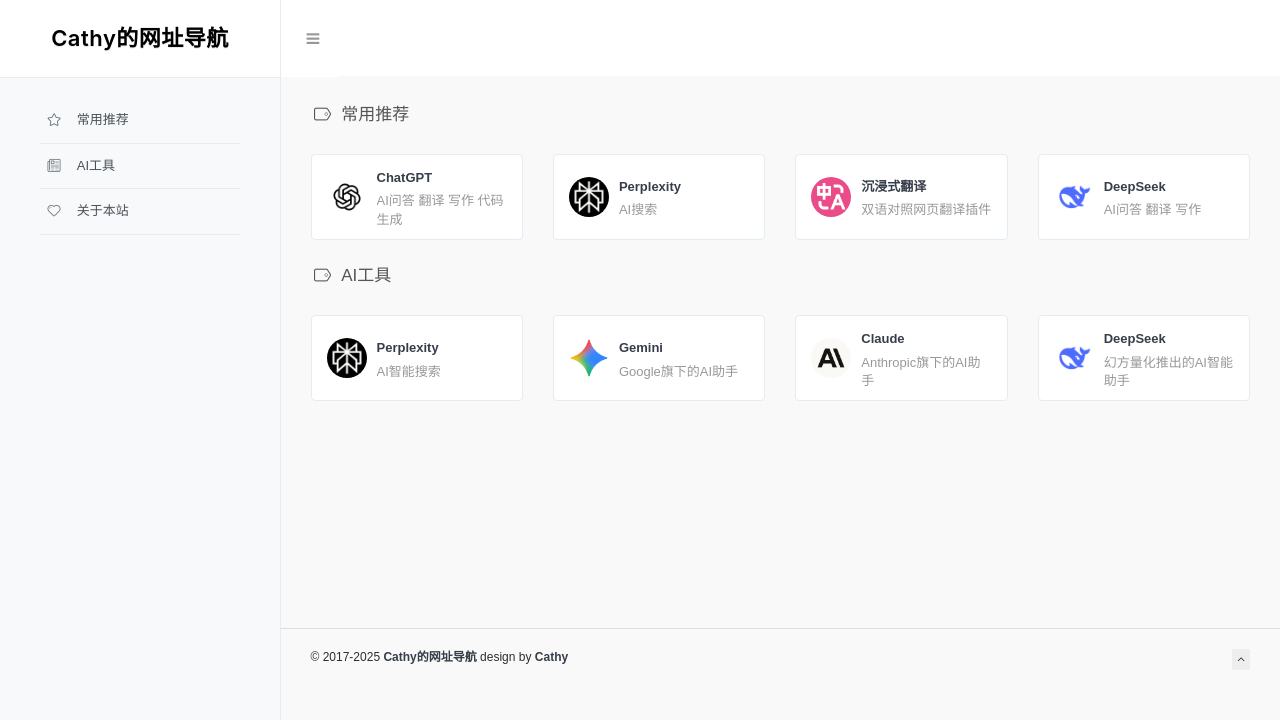
Repository: SweetPomelo0/AINav
Page: cn/index.html
The author's editor kept a copy of each file at every save. The page is drawn from the files as they stood at one save, then again after the next save.
The browser window is 1280 px wide. The pictures show the whole page.

Above is the page before, as saved 2025-07-24 23:38:10.

After the next save:
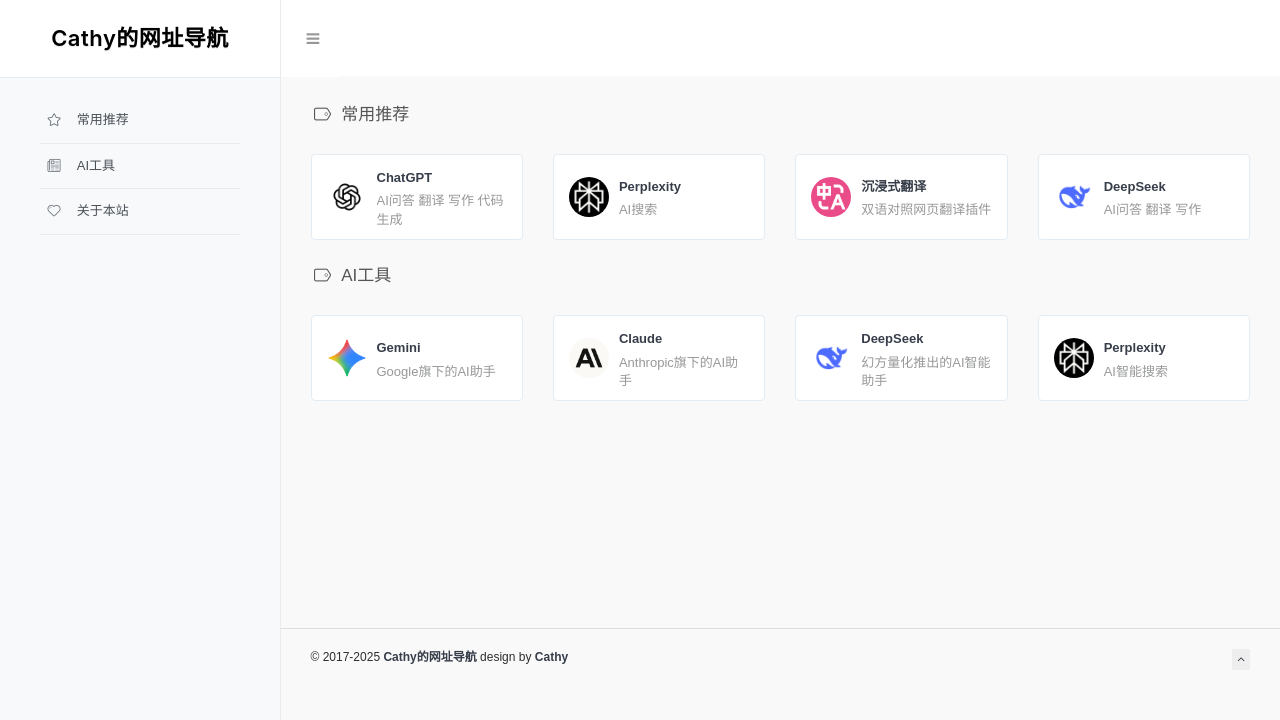
Saved 36 s later.
--- a/cn/index.html
+++ b/cn/index.html
@@ -335,6 +335,59 @@
         </h4>
         <div class="row">
 
+
+          <!-- Gemini -->
+          <div class="col-sm-3">
+                    <div class="xe-widget xe-conversations box2 label-info" onclick="window.open('https://gemini.google.com/app', '_blank')" data-toggle="tooltip" data-placement="bottom" title="" data-original-title="https://gemini.google.com/app">
+                        <div class="xe-comment-entry">
+                            <a class="xe-user-img">
+                                <img data-src="../assets/images/logos/gemini.png" class="lozad img-circle" width="40">
+                            </a>
+                            <div class="xe-comment">
+                                <a href="#" class="xe-user-name overflowClip_1">
+                                    <strong> Gemini</strong>
+                                </a>
+                                <p class="overflowClip_2">Google旗下的AI助手</p>
+                            </div>
+                        </div>
+                    </div>
+                </div>
+
+
+          <!-- Claude -->
+          <div class="col-sm-3">
+                    <div class="xe-widget xe-conversations box2 label-info" onclick="window.open('https://claude.ai/', '_blank')" data-toggle="tooltip" data-placement="bottom" title="" data-original-title="https://claude.ai/">
+                        <div class="xe-comment-entry">
+                            <a class="xe-user-img">
+                                <img data-src="../assets/images/logos/claude.png" class="lozad img-circle" width="40">
+                            </a>
+                            <div class="xe-comment">
+                                <a href="#" class="xe-user-name overflowClip_1">
+                                    <strong> Claude</strong>
+                                </a>
+                                <p class="overflowClip_2">Anthropic旗下的AI助手</p>
+                            </div>
+                        </div>
+                    </div>
+                </div>
+
+          <!-- DeepSeek -->
+          <div class="col-sm-3">
+                    <div class="xe-widget xe-conversations box2 label-info" onclick="window.open('https://deepseek.cn/', '_blank')" data-toggle="tooltip" data-placement="bottom" title="" data-original-title="https://deepseek.cn/">
+                        <div class="xe-comment-entry">
+                            <a class="xe-user-img">
+                                <img data-src="../assets/images/logos/deepseek.png" class="lozad img-circle" width="40">
+                            </a>
+                            <div class="xe-comment">
+                                <a href="#" class="xe-user-name overflowClip_1">
+                                    <strong>DeepSeek</strong>
+                                </a>
+                                <p class="overflowClip_2">幻方量化推出的AI智能助手</p>
+                            </div>
+                        </div>
+                    </div>
+                </div>
+
           <!-- Perplexity -->
              <div class="col-sm-3">
                     <div class="xe-widget xe-conversations box2 label-info" onclick="window.open('https://www.perplexity.ai/', '_blank')" data-toggle="tooltip" data-placement="bottom" title="" data-original-title="https://www.perplexity.ai/">
@@ -351,59 +404,6 @@
                         </div>
                     </div>
                 </div>
-
-          <!-- Gemini -->
-          <div class="col-sm-3">
-                    <div class="xe-widget xe-conversations box2 label-info" onclick="window.open('https://gemini.google.com/app', '_blank')" data-toggle="tooltip" data-placement="bottom" title="" data-original-title="https://gemini.google.com/app">
-                        <div class="xe-comment-entry">
-                            <a class="xe-user-img">
-                                <img data-src="../assets/images/logos/gemini.png" class="lozad img-circle" width="40">
-                            </a>
-                            <div class="xe-comment">
-                                <a href="#" class="xe-user-name overflowClip_1">
-                                    <strong> Gemini</strong>
-                                </a>
-                                <p class="overflowClip_2">Google旗下的AI助手</p>
-                            </div>
-                        </div>
-                    </div>
-                </div>
-
-
-          <!-- Claude -->
-          <div class="col-sm-3">
-                    <div class="xe-widget xe-conversations box2 label-info" onclick="window.open('https://claude.ai/', '_blank')" data-toggle="tooltip" data-placement="bottom" title="" data-original-title="https://claude.ai/">
-                        <div class="xe-comment-entry">
-                            <a class="xe-user-img">
-                                <img data-src="../assets/images/logos/claude.png" class="lozad img-circle" width="40">
-                            </a>
-                            <div class="xe-comment">
-                                <a href="#" class="xe-user-name overflowClip_1">
-                                    <strong> Claude</strong>
-                                </a>
-                                <p class="overflowClip_2">Anthropic旗下的AI助手</p>
-                            </div>
-                        </div>
-                    </div>
-                </div>
-
-          <!-- DeepSeek -->
-          <div class="col-sm-3">
-                    <div class="xe-widget xe-conversations box2 label-info" onclick="window.open('https://deepseek.cn/', '_blank')" data-toggle="tooltip" data-placement="bottom" title="" data-original-title="https://deepseek.cn/">
-                        <div class="xe-comment-entry">
-                            <a class="xe-user-img">
-                                <img data-src="../assets/images/logos/deepseek.png" class="lozad img-circle" width="40">
-                            </a>
-                            <div class="xe-comment">
-                                <a href="#" class="xe-user-name overflowClip_1">
-                                    <strong>DeepSeek</strong>
-                                </a>
-                                <p class="overflowClip_2">幻方量化推出的AI智能助手</p>
-                            </div>
-                        </div>
-                    </div>
-                </div>
-
 
         </div>
         <br />
